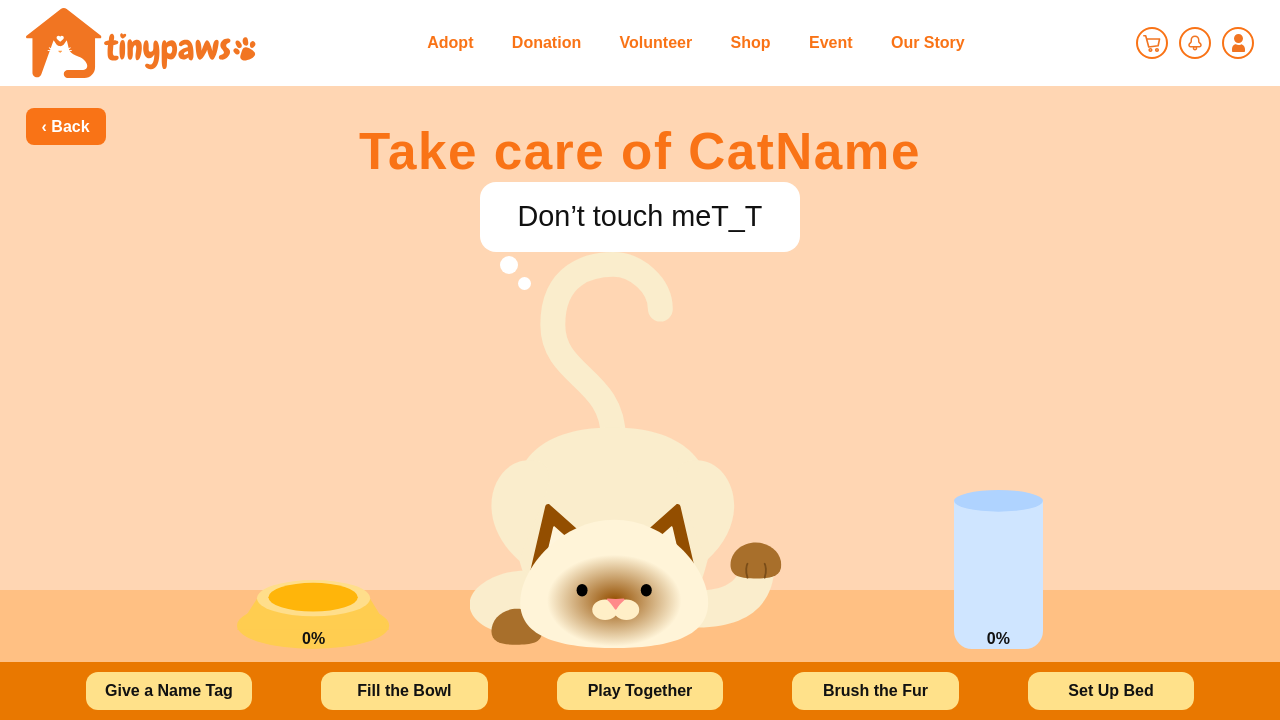
Repository: LShuyanLi/TinyPaws
Page: /, after clicking the first element matching `div > div`
The author's editor kept a copy of each file at every save. The page is drawn from the files as they stood at one save, then again after the next save.
The browser window is 1280 px wide. The pictures show the whole page.
The project was rebuilt for these pictures with package versions that can differ from the ones it lists, and the page was loaded fresh each time. The framework's server and built-in components were replaced by stand-ins that run in the browser. Also part of the build but not shown: next.config.mjs.

Above is the page before, as saved 2026-05-09 23:45:35.

After the next save:
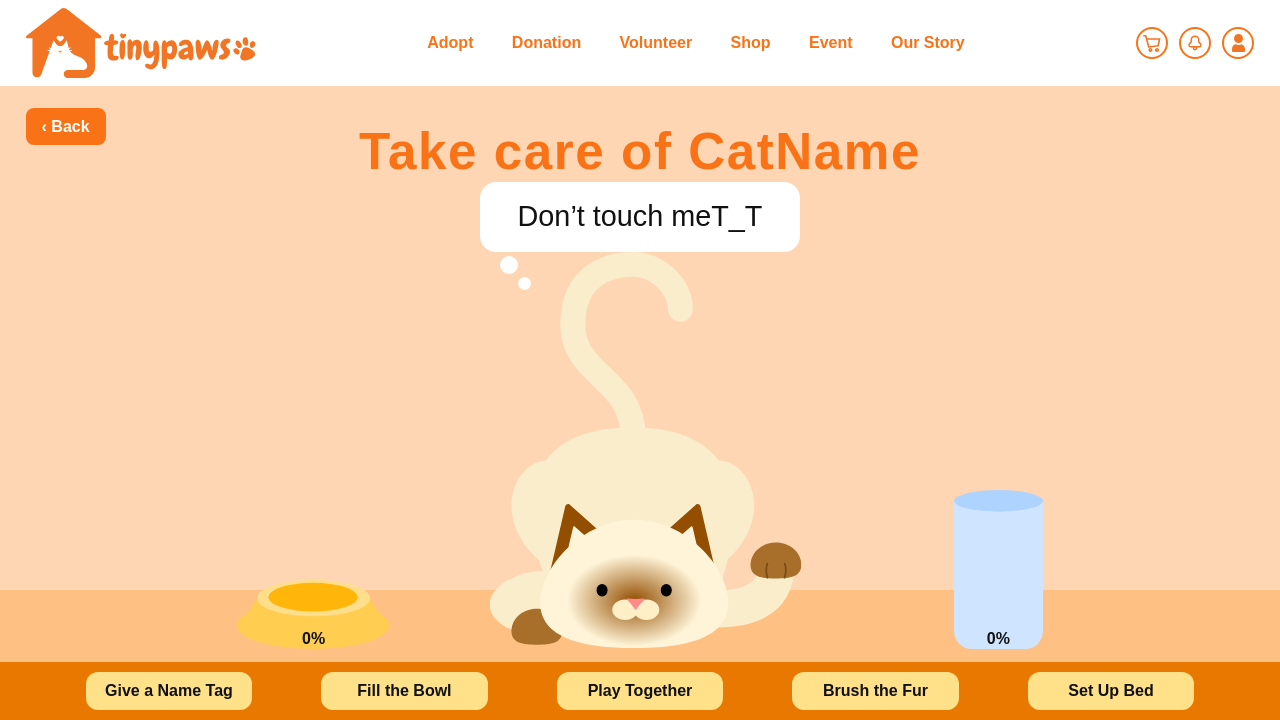
Saved 6 s later.
--- a/components/shared/CatDisplay.jsx
+++ b/components/shared/CatDisplay.jsx
@@ -13,7 +13,7 @@ export default function CatDisplay({
     objectFit: "contain",
     position: "absolute",
     bottom: "0px",
-    left: "200px",
+    left: "220px",
   };
 
   if (featherActive) {
